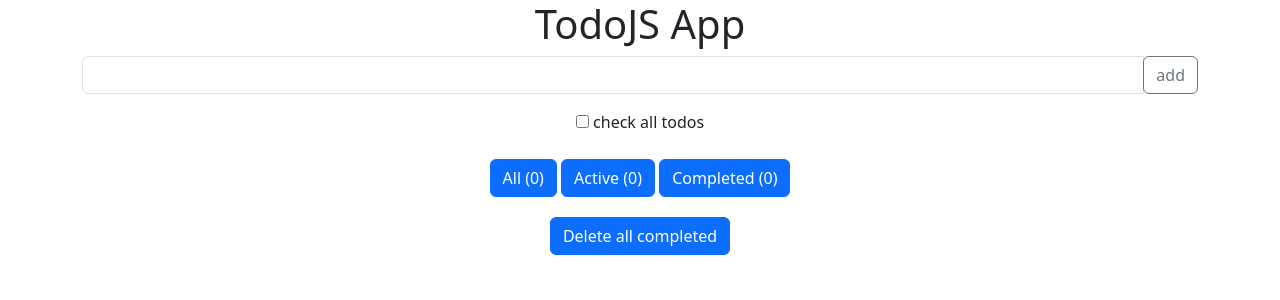
Repository: Wanashka/TodoJS
Page: main.html
These files come from the project's save history. The page is drawn as it stood at one moment and after the next save; the edit follows.
The browser window is 1280 px wide. The pictures show the whole page.
Some web libraries are served in a nearby version.

Above is the page before, as saved 2023-02-07 15:33:04.

### main.html
<!DOCTYPE html>
<html>
 <head>
  <meta charset="utf-8" />
  <script src="https://cdn.jsdelivr.net/lodash/4.10.0/lodash.js"></script>
  <script defer src="App.js"></script>
  <link rel="stylesheet" href="Style.css" type="text/css"/>
  <link href="https://cdn.jsdelivr.net/npm/bootstrap@5.3.0-alpha1/dist/css/bootstrap.min.css" rel="stylesheet" integrity="sha384-GLhlTQ8iRABdZLl6O3oVMWSktQOp6b7In1Zl3/Jr59b6EGGoI1aFkw7cmDA6j6gD" crossorigin="anonymous">
  <title>Todojs</title>
 </head>
 <body>
    <div class="container">
        <h1 class="text-center">TodoJS App</h1>
            <div class="input-group mb-3">
                <input type="text" class="form-control" id="todo">
                    <div class="input-group-append">
                        <button type="button" id="button-create-todo" class="btn btn-outline-secondary">add</button>
                    </div>
            </div>
    </div>
    <div class="text-center">
            <input type='checkbox' id='checkAll' class="checkbox-all"> check all todos</input>
            <ul id="myUL"></ul>
                <div class="button-filter text-center">
                    <button class='button-all btn btn-primary'>All (0)</button>
                    <button class='button-active btn btn-primary'>Active (0)</button>
                    <button class='button-completed btn btn-primary' >Completed (0)</button>
                </div>
            <div class="pagination text-center"></div>
            <button class="delete-all btn btn-primary ">Delete all completed</button>
    </div>
        <script src="https://cdn.jsdelivr.net/npm/bootstrap@5.3.0-alpha1/dist/js/bootstrap.bundle.min.js" integrity="sha384-w76AqPfDkMBDXo30jS1Sgez6pr3x5MlQ1ZAGC+nuZB+EYdgRZgiwxhTBTkF7CXvN" crossorigin="anonymous"></script>
     </body>
</html>

### App.js
const inputTodo = document.querySelector('#todo');
const buttonCreateTodo = document.querySelector('#button-create-todo');
const todo = document.querySelector('#myUL');
const checkboxAll = document.querySelector('.checkbox-all');
const deleteAll = document.querySelector('.delete-all');
const buttonAllFilter = document.querySelector('.button-all');
const buttonActiveFilter = document.querySelector('.button-active');
const buttonCompletedFilter = document.querySelector('.button-completed');
const buttonFilter = document.querySelector('.button-filter');
const paginationAllButton = document.querySelector('.pagination');
const { _ } = window;
let arrTodo = [];
let page = 1; // текущая страница
const rows = 5;

function counterTodo() {
  const counterAll = arrTodo.length;
  let counterCompleted = 0;
  let counterActive = 0;
  arrTodo.forEach((item) => {
    if (item.checked === true) {
      counterCompleted += 1;
    } else {
      counterActive += 1;
    }
  });
  buttonAllFilter.textContent = `All (${counterAll})`;
  buttonCompletedFilter.textContent = `Completed (${counterCompleted})`;
  buttonActiveFilter.textContent = `Active (${counterActive})`;
}

function buttonDisplayPagination(arr) {
  const pagesCount = Math.ceil(arr.length / rows); // какая страница по счету
  paginationAllButton.innerHTML = '';
  for (let i = 0; i < pagesCount; i += 1) {
    const buttonPagination = document.createElement('button');
    buttonPagination.classList.add('button-pagination');
    paginationAllButton.appendChild(buttonPagination);
    buttonPagination.innerText = i + 1;
  }
}

function render(arr) {
  buttonDisplayPagination(arr);

  const start = rows * (page - 1);
  const end = start + rows;
  const paginatedArr = arr.slice(start, end);

  let displayMessage = '';
  paginatedArr.forEach((item) => {
    const completed = item.checked ? 'checked' : '';
    displayMessage += `
  <li id=${item.id} class='task-li'>
  <input type='checkbox' ${completed} class='checkbox'>
  <label for='${item.id}' class='input-todo'> ${_.escape(item.todo)} </label>
  <button class='button-delete'>✕</button>
  </li>`;
  });
  todo.innerHTML = displayMessage;
  counterTodo();
}

function filtration(arr) {
  let arrFilter = [];
  switch (buttonFilter.classList.contains('button-filter')) {
    case buttonAllFilter.classList.contains('button-filter-on'):
      render(arr);
      break;
    case buttonActiveFilter.classList.contains('button-filter-on'):
      arrFilter = arr.filter((item) => item.checked !== true);
      render(arrFilter);
      break;
    case buttonCompletedFilter.classList.contains('button-filter-on'):
      arrFilter = arr.filter((item) => item.checked === true);
      render(arrFilter);
      break;
    default:
      render(arr);
  }
}

function pagination(event) {
  if (event.target.classList.contains('button-pagination')) {
    page = Number(event.target.textContent);
    filtration(arrTodo);
  }
}

function filterTasks(event) {
  buttonAllFilter.classList.remove('button-filter-on');
  buttonCompletedFilter.classList.remove('button-filter-on');
  buttonActiveFilter.classList.remove('button-filter-on');
  event.target.classList.add('button-filter-on');
  filtration(arrTodo);
}

function valid(value) {
  const text = value.trim().replace(/\s+/g, ' ');
  return (text);
}

function createTodo() {
  const text = valid(inputTodo.value);
  if (text === '') {
    inputTodo.placeholder = 'Enter a task';
    inputTodo.focus();
  } else {
    const newTodo = {
      id: String(Date.now()),
      todo: text,
      checked: false,
    };
    arrTodo.push(newTodo);
    filtration(arrTodo);
    inputTodo.value = '';
  }
}

function editTask(event) {
  const inputTask = document.createElement('input');
  const taskId = event.target.parentNode.id;
  const task = arrTodo.find((item) => item.id === taskId);
  function save() {
    const text = valid(inputTask.value);
    if (text === '') {
      filtration(arrTodo);
    } else {
      task.todo = text;
      filtration(arrTodo);
    }
  }
  function keyup(e) {
    if (e.key === 'Escape') {
      inputTask.removeEventListener('blur', save);
      filtration(arrTodo);
    }
    if (e.key === 'Enter') {
      save();
    }
  }
  if (event.target.classList.contains('input-todo')) {
    const taskToEdit = event.target;
    inputTask.classList.add('input-edit-task');
    taskToEdit.replaceWith(inputTask);
    inputTask.value = task.todo;
    inputTask.focus();

    inputTask.addEventListener('keyup', keyup);
    inputTask.addEventListener('blur', save);
  }
}

function deleteCheckTask(event) {
  const taskId = event.target.parentNode.id;
  if (event.target.classList.contains('button-delete')) {
    arrTodo = arrTodo.filter((item) => item.id !== taskId);
    filtration(arrTodo);
  } else if (event.target.classList.contains('checkbox')) {
    const task = arrTodo.find((item) => item.id === taskId);
    task.checked = !task.checked;
    filtration(arrTodo);
  }
}

function completedAllTodo() {
  arrTodo.forEach((item) => {
    const itemTodo = item;
    itemTodo.checked = checkboxAll.checked;
  });
  filtration(arrTodo);
}

function deleteAllCompleted() {
  arrTodo = arrTodo.filter((item) => item.checked !== true);
  filtration(arrTodo);
}

function createTaskByEnter(event) {
  if (event.key === 'Enter') {
    createTodo();
  }
}

deleteAll.addEventListener('click', deleteAllCompleted);
todo.addEventListener('click', deleteCheckTask);
todo.addEventListener('dblclick', editTask);
checkboxAll.addEventListener('click', completedAllTodo);
buttonFilter.addEventListener('click', filterTasks);
buttonCreateTodo.addEventListener('click', createTodo);
inputTodo.addEventListener('keyup', createTaskByEnter);
paginationAllButton.addEventListener('click', pagination);

### Style.css
 ul{
    text-align: center;
}
li {
    display: inline-flexbox;
    /* width: 420px; */
    padding: 20px;
    background-color: rgb(156, 224, 236);
    color: white;
    margin-bottom: 15px;
    border-radius: 10px;
}
label{
    width: 290px;
    text-align: start;
}
.checkbox{
    width: 30px;
}
.checkbox-all{
    margin-bottom: 15px;
}
.pagination{
    padding: 10px;
    justify-content: center;

}
.button-pagination{
    margin: 3px;
    color: #fff;
    background-color: #0d6efd;
    border-color: #0d6efd;
    display: inline-block;
    font-weight: 400;
    line-height: 1.5;
    text-align: center;
    text-decoration: none;
    vertical-align: middle;
    user-select: none;
    border: 1px solid transparent;
    padding: 0.375rem 0.75rem;
    font-size: 1rem;
    border-radius: 0.25rem;



}

After the next save:
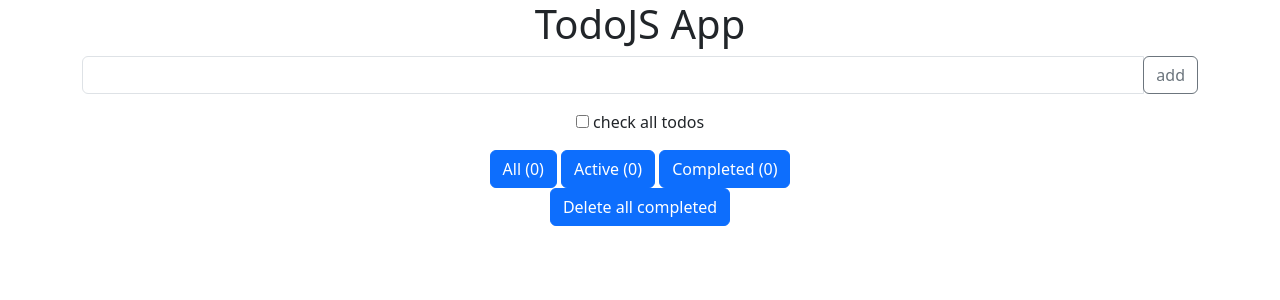
Saved 15 s later.
--- a/Style.css
+++ b/Style.css
@@ -3,7 +3,7 @@
 }
 li {
     display: inline-flexbox;
-    /* width: 420px; */
+    /* width: 420px;
     padding: 20px;
     background-color: rgb(156, 224, 236);
     color: white;

After the 2 saves that followed:
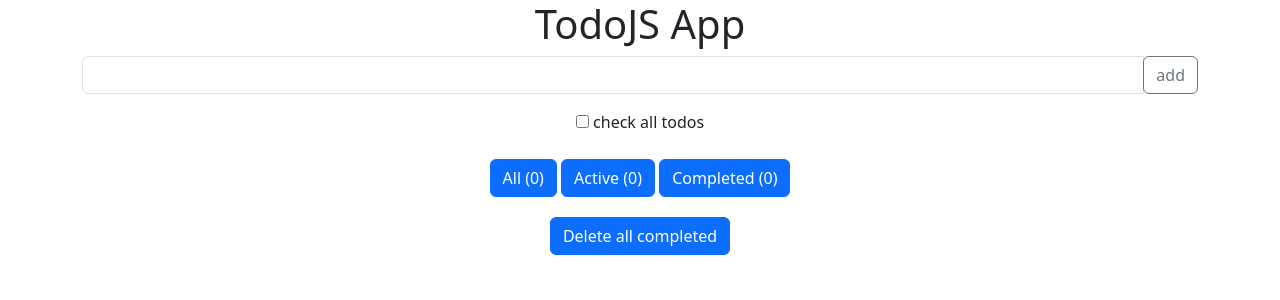
The 2 saves are shown as one change because they came seconds apart.
The last was saved 6 s later.
--- a/Style.css
+++ b/Style.css
@@ -3,7 +3,7 @@
 }
 li {
     display: inline-flexbox;
-    /* width: 420px;
+    width: 420px;
     padding: 20px;
     background-color: rgb(156, 224, 236);
     color: white;
